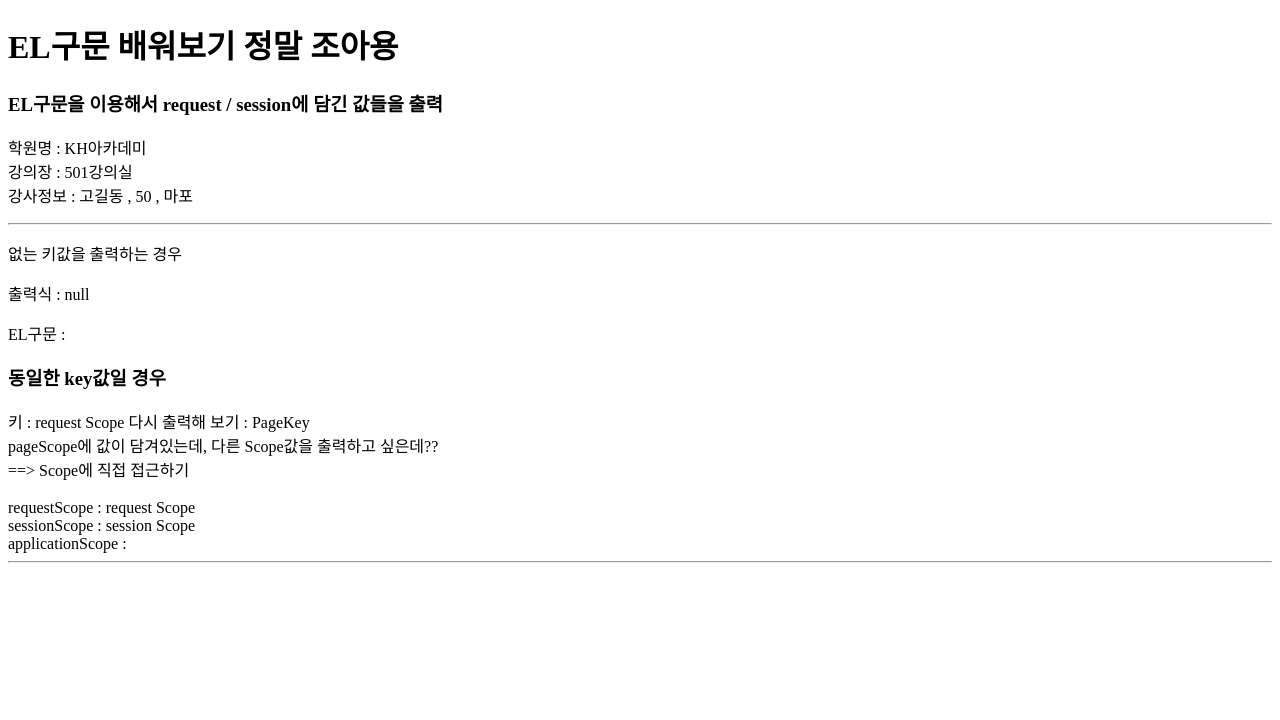
Repository: rlaehqkf/java_practice
Page: http://localhost/ActionProject/el.do
These files come from the project's save history. The page is drawn as it stood at one moment and after the next save; the edit follows.
The browser window is 1280 px wide. The pictures show the whole page.
The page is served by Tomcat 9.

Above is the page before, as saved 2026-05-06 06:23:11.

### ActionProject/src/main/webapp/WEB-INF/views/01_el.jsp
<%@ page language="java" contentType="text/html; charset=UTF-8"
    pageEncoding="UTF-8"%>

<%@ page import="com.kh.el.model.dto.Person" %>

<!DOCTYPE html>
<html>
<head>
<meta charset="UTF-8">
<title>초강력 JSP</title>
</head>
<body>

	<h1>EL구문 배워보기 정말 조아용</h1>

	<%--

	<%
		String classRoom = (String)request.getAttribute("classRoom");
		Person student = (Person)request.getAttribute("student");

		String academy = (String)session.getAttribute("academy");
		Person lecture = (Person)session.getAttribute("lecture");
	%>

	<p>
		학원명 : <%= academy %> <br>
		강의장 : <%= classRoom %> <br>
		강사정보 : <%= lecture.getName() %>, <%= lecture.getAge() %>, <%= lecture.getAdress() %> <br><br>

		수강생의 정보
		<ul>
			<li> 이름 : <%= student.getName() %></li>
			<li> 나이 : <%= student.getAge() %></li>
			<li> 주소 : <%= student.getAdress() %></li>
		</ul>
	</p>
	--%>

	<h3>EL구문을 이용해서 request / session에 담긴 값들을 출력</h3>

	<p>
		학원명 : ${ academy } <br>
		강의장 : ${ classRoom } <br>
		강사정보 : ${ lecture.name } , ${ lecture.age } , ${ lecture.address } <br>
					<!-- getName() -->



		<!--
			실제로 필드에 직접 접근하는 것은 불가능
			.name => getName()
			내부적으로 getter메소드를 찾아서 호출하는 값을 출력하는 구조
		-->
	</p>

	<hr>

	<p>없는 키값을 출력하는 경우</p>

	<p>출력식 : <%= request.getAttribute("clasRoom") %> </p>
	<p>EL구문 : ${ clasRoom }</p>

	<h3>동일한 key값일 경우</h3>

	키 : ${ key }

	<%
		// page Scope 에 추가
		pageContext.setAttribute("key", "PageKey");
	%>

	다시 출력해 보기 : ${ key } <br>

	<!--

		EL구문은 가장 적은 범위의 scope부터 키값을 찾음
		page => request => session => application순으로 키 값을 검색

		모든 영역을 다 찾았는데 키가 존재하지 않는다? => 아무일도 일어나지 않음 오류 안남
	 -->

	pageScope에 값이 담겨있는데, 다른 Scope값을 출력하고 싶은데?? <br>

	==> Scope에 직접 접근하기 <br><br>

	requestScope : ${ requestScope.key } <br>
	sessionScope : ${ sessionScope.key } <br>
	applicationScope : ${ applicationScope.key } <br>

	<hr>









</body>
</html>

### ActionProject/src/main/java/com/kh/el/controller/ElServlet.java
package com.kh.el.controller;

import java.io.IOException;
import java.util.ArrayList;

import javax.servlet.ServletException;
import javax.servlet.annotation.WebServlet;
import javax.servlet.http.HttpServlet;
import javax.servlet.http.HttpServletRequest;
import javax.servlet.http.HttpServletResponse;
import javax.servlet.http.HttpSession;

import com.kh.el.model.dto.Person;


@WebServlet("/el.do")
public class ElServlet extends HttpServlet {
	private static final long serialVersionUID = 1L;


    public ElServlet() {
        super();
        // TODO Auto-generated constructor stub
    }


	protected void doGet(HttpServletRequest request, HttpServletResponse response) throws ServletException, IOException {
		// 만약 서블릿에서 응답할 데이터가 존재한다면!!
		// JSP로 포워딩 할 때 request.setAttribute("name값", "value값") -> forward~~
		// request -> Servlet내장객체 / Scope객체


		// application / session / request / page

		/*
		 * 1. application scope : ServletContext
		 * 한 애플리케이션 당 딱 한개 존재하는 객체
		 * 이 영역에 데이터를 담으면 애플리케이션 전역에서 사용 가능
		 *
		 *
		 * 2. session scope : HttpSession
		 * 하나의 브라우저 당, 한개 존재하는 객체
		 * 이 영역에 데이터를 담으면 JSP/Servlet단에서 사용 가능
		 * 값이 한 번 담기면 서버를 멈추거나, 세션을 비우거나(로그아웃), 브라우저가 닫히기 전까지는 계속 사용 가능
		 *
		 * 3. request scope : HttpServletRequest
		 * 요청 및 응답 시 매번 생성되는 객체
		 * 이 영역에 데이터를 담으면 해당 request를 포워딩 받는 응답 JSP에서만 사용가능(1회성)
		 *
		 * 4. page scope : PageContext
		 * JSP페이지에서만 사용가능
		 *
		 * => 위 객체들에 속성을 추가할 때는 .setAttribute("name값" 벨류);
		 * 							  .getAttribute("name값");
		 * 							  .removeAttribute("name값");
		 *
		 */
		// DB에서 작업한 요청 처리 결과
		// DTO(VO) 한 개, List<DTO>, int, String

		request.setAttribute("classRoom", "501강의실");
		request.setAttribute("student", new Person("홍길동", 15, "한양"));

		// sessionScope
		HttpSession session = request.getSession();
		session.setAttribute("academy", "KH아카데미");
		session.setAttribute("lecture", new Person("고길동", 50, "마포"));

		// 동일한 key
		request.setAttribute("key", "request Scope");
		session.setAttribute("key", "session Scope");

		// 숫자
		request.setAttribute("small", 3);
		request.setAttribute("big", 10);

		// 문자열
		request.setAttribute("strOne", "안녕");
		request.setAttribute("strTwo", new String("안녕"));

		// 객체
		request.setAttribute("obj", new Person("콩쥐", 20, "콩쥐네"));

		// 리스트
		request.setAttribute("list", new ArrayList());

		// 응답 뷰 배정 -> 포워딩
		request.getRequestDispatcher("WEB-INF/views/01_el.jsp").forward(request, response);

	}




	protected void doPost(HttpServletRequest request, HttpServletResponse response) throws ServletException, IOException {
		// TODO Auto-generated method stub
		doGet(request, response);
	}

}

### ActionProject/src/main/java/com/kh/el/model/dto/Person.java
package com.kh.el.model.dto;

public class Person {
	private String name;
	private int age;
	private String address;

	public Person(String name, int age, String address) {
		super();
		this.name = name;
		this.age = age;
		this.address = address;
	}
	public Person() {
		super();
	}
	public String getName() {
		return name;
	}
	public void setName(String name) {
		this.name = name;
	}
	public int getAge() {
		return age;
	}
	public void setAge(int age) {
		this.age = age;
	}
	public String getAddress() {
		return address;
	}
	public void setAdress(String address) {
		this.address = address;
	}

	@Override
	public String toString() {
		return "Person [name=" + name + ", age=" + age + ", address=" + address + "]";
	}



}

After the next save:
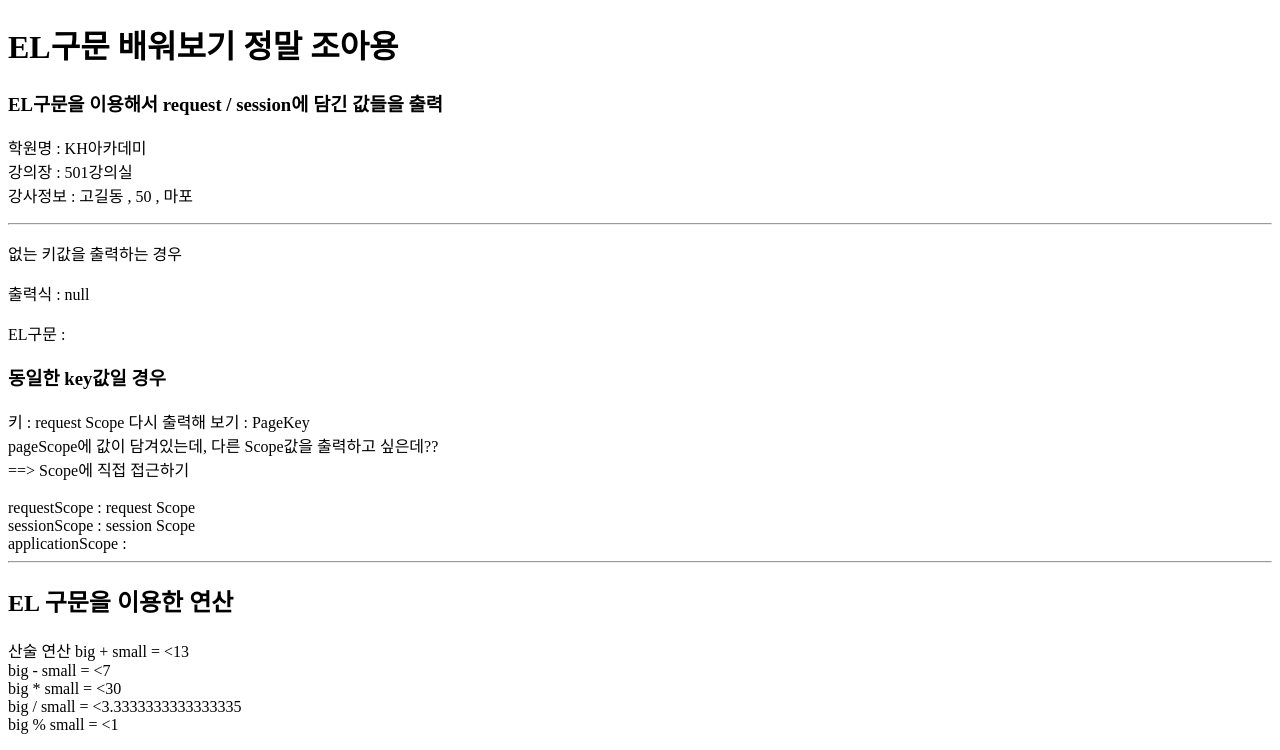
Saved 2 min 49 s later.
--- a/ActionProject/src/main/webapp/WEB-INF/views/01_el.jsp
+++ b/ActionProject/src/main/webapp/WEB-INF/views/01_el.jsp
@@ -91,9 +91,17 @@
 	<hr>
 
 
+	<h2>EL 구문을 이용한 연산</h2>
 
+	<p>
+		산술 연산
 
-
+		big + small = <${ big + small }<br>
+		big - small = <${ big - small }<br>
+		big * small = <${ big * small }<br>
+		big / small = <${ big / small }<br>
+		big % small = <${ big % small }<br>
+	</p>
 
 
 
